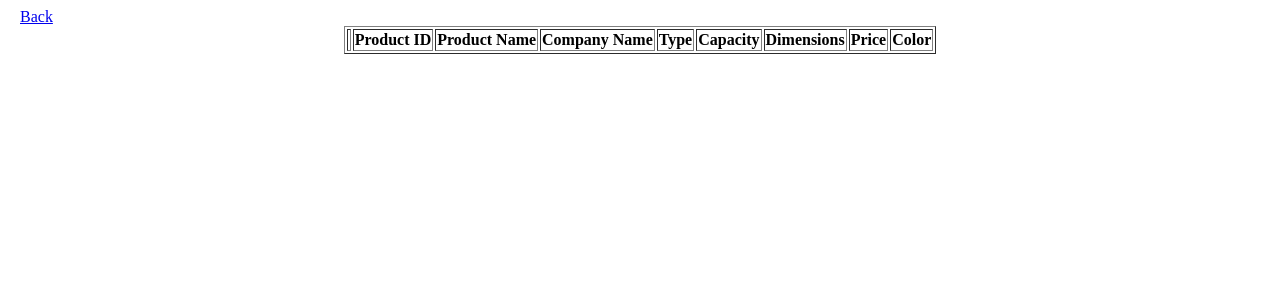
Repository: harshalsakpal/Catalog
Page: http://localhost/Catalog/pages/listFridge.jsp
These files come from the project's save history. The page is drawn as it stood at one moment and after a run of saves; the edit follows.
The browser window is 1280 px wide. The pictures show the whole page.
The page is served by Tomcat 9.

Above is the page before, as saved 2014-05-21 08:29:51.

After the next 2 saves:
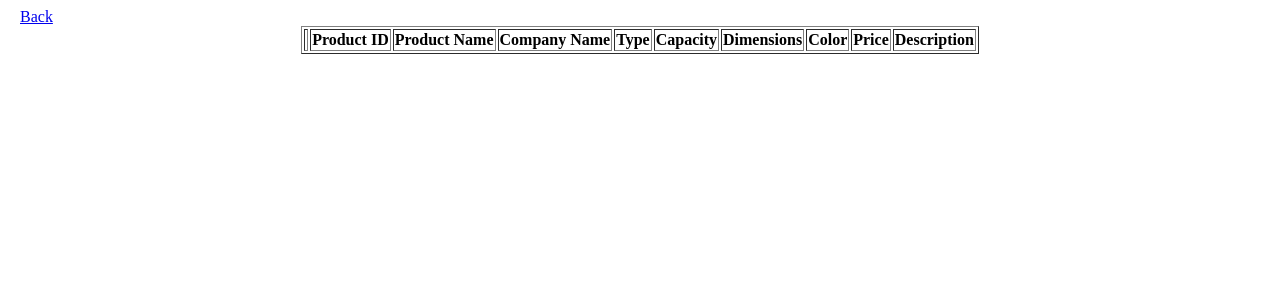
The 2 saves are shown as one change because they came seconds apart.
The last was saved 25 s later.
--- a/Catalog/WebContent/pages/listFridge.jsp
+++ b/Catalog/WebContent/pages/listFridge.jsp
@@ -10,7 +10,7 @@
 </head>
 <body>
 	<div align="left">
-			&nbsp;&nbsp;&nbsp;<a href="home.jsp">Back</a>
+		&nbsp;&nbsp;&nbsp;<a href="home.jsp">Back</a>
 	</div>
 	<table border="1" align="center">
 		<tr>
@@ -21,8 +21,9 @@
 			<td align="center"><b>Type</b></td>
 			<td align="center"><b>Capacity</b></td>
 			<td align="center"><b>Dimensions</b></td>
+			<td align="center"><b>Color</b></td>
 			<td align="center"><b>Price</b></td>
-			<td align="center"><b>Color</b></td>
+			<td align="center"><b>Description</b></td>
 		</tr>
 		<%
 			if (session.getAttribute("fridgeBean") != null) {
@@ -30,19 +31,19 @@
 
 				for(int i=0;i<arrayOfFridgeBean.size();i++){
 		%>
-		<tr><td>
-			<img src="<%=arrayOfFridgeBean.get(i).getProductURL()%>"
+		<tr>
+			<td><img src="<%=arrayOfFridgeBean.get(i).getProductURL()%>"
 				width="200px 200px 200px 200px" height="300px 300px 300px 300px"
 				style="border: 0" /></td>
-				<td align="center"><%=arrayOfFridgeBean.get(i).getProdId()%></td>
-				<td align="center"><%=arrayOfFridgeBean.get(i).getProductName()%></td>
-				<td align="center"><%=arrayOfFridgeBean.get(i).getCompanyName()%></td>
-				<td align="center"><%=arrayOfFridgeBean.get(i).getType()%></td>
-				<td align="center"><%=arrayOfFridgeBean.get(i).getFridgeCapacity()%></td>
-				<td align="center"><%=arrayOfFridgeBean.get(i).getDimensions()%></td>
-				<td align="center"><%=arrayOfFridgeBean.get(i).getPrice()%></td>
-				<td align="center"><%=arrayOfFridgeBean.get(i).getColor()%></td>
-				<td align="center"><%=arrayOfFridgeBean.get(i).getProductURL()%></td>
+			<td align="center"><%=arrayOfFridgeBean.get(i).getProdId()%></td>
+			<td align="center"><%=arrayOfFridgeBean.get(i).getProductName()%></td>
+			<td align="center"><%=arrayOfFridgeBean.get(i).getCompanyName()%></td>
+			<td align="center"><%=arrayOfFridgeBean.get(i).getType()%></td>
+			<td align="center"><%=arrayOfFridgeBean.get(i).getFridgeCapacity()%></td>
+			<td align="center"><%=arrayOfFridgeBean.get(i).getDimensions()%></td>
+			<td align="center"><%=arrayOfFridgeBean.get(i).getPrice()%></td>
+			<td align="center"><%=arrayOfFridgeBean.get(i).getColor()%></td>
+			<td align="center"><%=arrayOfFridgeBean.get(i).getProductURL()%></td>
 		</tr>
 
 		<%
@@ -50,7 +51,7 @@
 
 				}
 		%>
-		</table>
+	</table>
 </body>
 
 </html>
